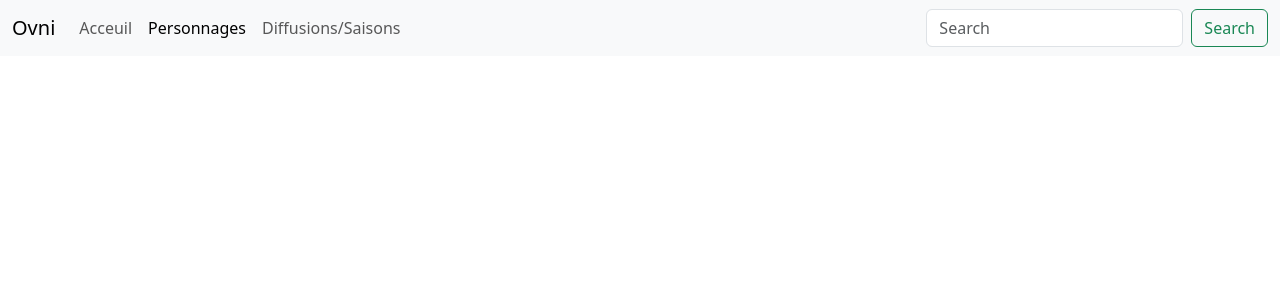
Repository: Timazoy/Site_ovni_tp
Page: saisons.html
The author's editor kept a copy of each file at every save. The page is drawn from the files as they stood at one save, then again after the next save.
The browser window is 1280 px wide. The pictures show the whole page.

Above is the page before, as saved 2025-12-15 08:36:20.

### saisons.html
<!doctype html>
<html lang="fr">

<head>
    <meta charset="utf-8">
    <meta name="viewport" content="width=device-width, initial-scale=1">
    <title>Acceuil</title>
    <link href="https://cdn.jsdelivr.net/npm/bootstrap@5.3.8/dist/css/bootstrap.min.css" rel="stylesheet"
        integrity="sha384-sRIl4kxILFvY47J16cr9ZwB07vP4J8+LH7qKQnuqkuIAvNWLzeN8tE5YBujZqJLB" crossorigin="anonymous">
</head>

<body>


    <nav class="navbar navbar-expand-lg bg-body-tertiary">
        <div class="container-fluid">
            <a class="navbar-brand" href="./index.html">Ovni</a>
            <button class="navbar-toggler" type="button" data-bs-toggle="collapse"
                data-bs-target="#navbarSupportedContent" aria-controls="navbarSupportedContent" aria-expanded="false"
                aria-label="Toggle navigation">
                <span class="navbar-toggler-icon"></span>
            </button>
            <div class="collapse navbar-collapse" id="navbarSupportedContent">
                <ul class="navbar-nav me-auto mb-2 mb-lg-0">
                    <li class="nav-item">
                        <a class="nav-link" aria-current="page" href="./index.html">Acceuil</a>
                    </li>
                    <li class="nav-item">
                        <a class="nav-link active" href="./perso.html">Personnages</a>
                    </li>
                    <li class="nav-item">
                        <a class="nav-link" href="./saisons.html">Diffusions/Saisons</a>
                    </li>
                </ul>
                <form class="d-flex" role="search">
                    <input class="form-control me-2" type="search" placeholder="Search" aria-label="Search" />
                    <button class="btn btn-outline-success" type="submit">Search</button>
                </form>
            </div>
        </div>
    </nav>


    <script src="https://cdn.jsdelivr.net/npm/bootstrap@5.3.8/dist/js/bootstrap.bundle.min.js"
        integrity="sha384-FKyoEForCGlyvwx9Hj09JcYn3nv7wiPVlz7YYwJrWVcXK/BmnVDxM+D2scQbITxI"
        crossorigin="anonymous"></script>
</body>

</html>

After the next save:
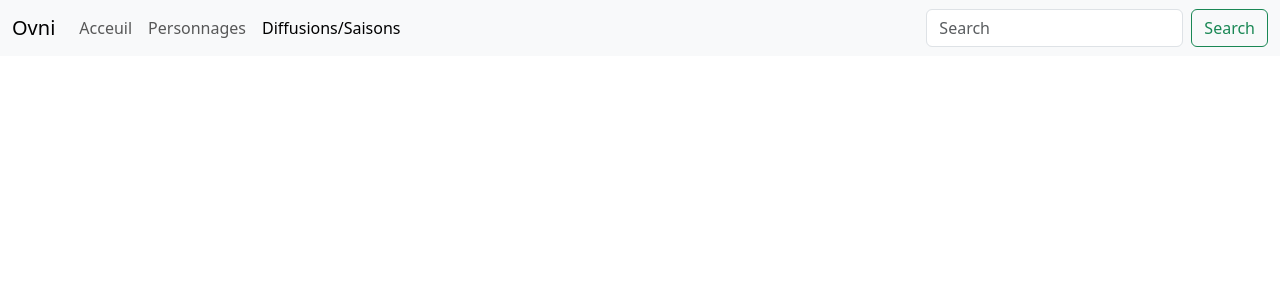
Saved 13 s later.
--- a/saisons.html
+++ b/saisons.html
@@ -26,10 +26,10 @@
                         <a class="nav-link" aria-current="page" href="./index.html">Acceuil</a>
                     </li>
                     <li class="nav-item">
-                        <a class="nav-link active" href="./perso.html">Personnages</a>
+                        <a class="nav-link" href="./perso.html">Personnages</a>
                     </li>
                     <li class="nav-item">
-                        <a class="nav-link" href="./saisons.html">Diffusions/Saisons</a>
+                        <a class="nav-link active" href="./saisons.html">Diffusions/Saisons</a>
                     </li>
                 </ul>
                 <form class="d-flex" role="search">
